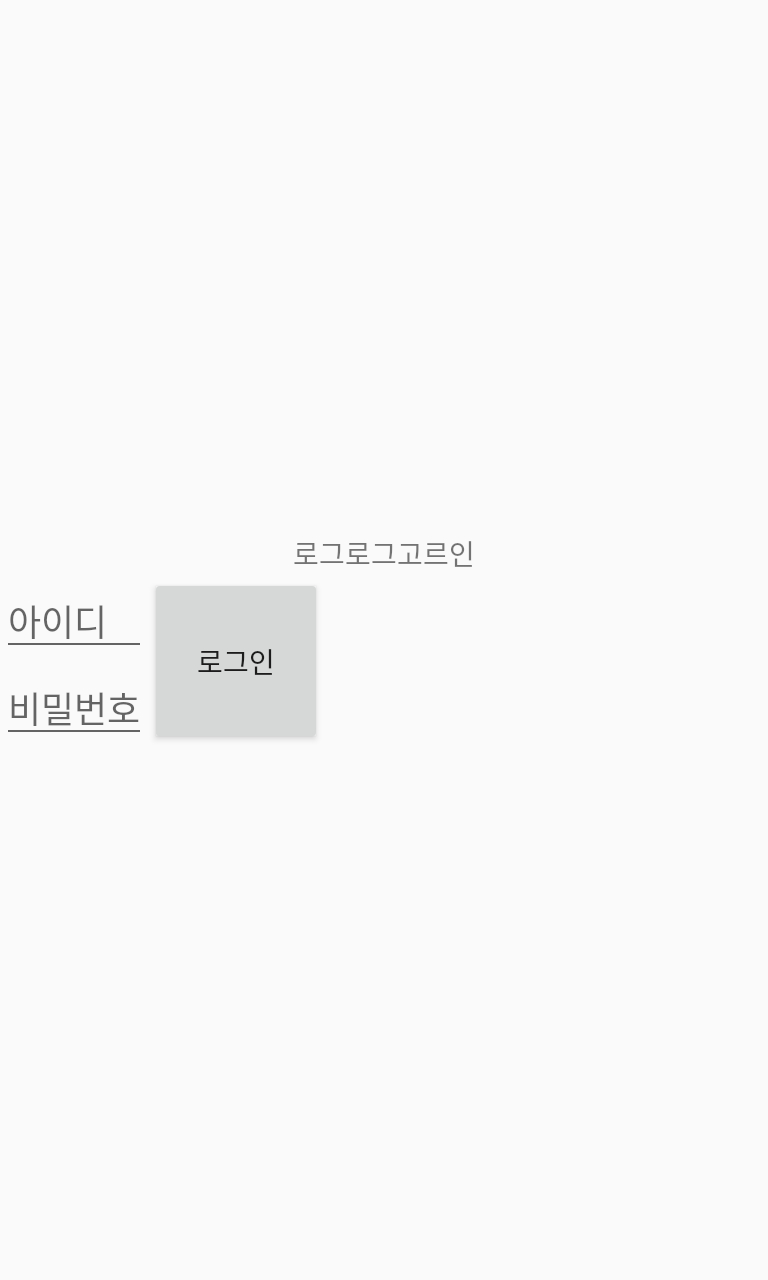
Repository: tae-jun/android
Layout: h1024_MulitipleActivities/res/layout/activity_main.xml
The author's editor kept a copy of each file at every save. The layout is drawn from the files as they stood at one save, then again after the next save.
It is drawn on a 768 x 1280 px phone screen (xhdpi) without system bars, with theme AppTheme; the app's code is not run.

Above is the layout before, as saved 2014-10-23 14:32:00.

### h1024_MulitipleActivities/res/layout/activity_main.xml
<LinearLayout xmlns:android="http://schemas.android.com/apk/res/android"
    xmlns:tools="http://schemas.android.com/tools"
    android:layout_width="match_parent"
    android:layout_height="match_parent"
    android:gravity="center"
    android:orientation="vertical"
    tools:context="${relativePackage}.${activityClass}" >

    <TextView
        android:layout_width="match_parent"
        android:layout_height="wrap_content"
        android:gravity="center_horizontal"
        android:text="로그로그고르인" />

    <LinearLayout
        android:layout_width="match_parent"
        android:layout_height="wrap_content"
        android:layout_gravity="center_horizontal"
        android:orientation="horizontal" >

        <LinearLayout
            android:layout_width="wrap_content"
            android:layout_height="wrap_content"
            android:orientation="vertical" >

            <EditText
                android:layout_width="match_parent"
                android:layout_height="wrap_content"
                android:hint="아이디" />

            <EditText
                android:layout_width="match_parent"
                android:layout_height="wrap_content"
                android:hint="비밀번호" />
        </LinearLayout>

        <Button
            android:layout_width="wrap_content"
            android:layout_height="match_parent"
            android:text="로그인" />
    </LinearLayout>

</LinearLayout>

Loaded but not shown: h1024_MulitipleActivities/res/values/styles.xml (common file); h1024_MulitipleActivities/res/values-v11/styles.xml (common file); h1024_MulitipleActivities/res/values-v14/styles.xml (common file)

After the next save:
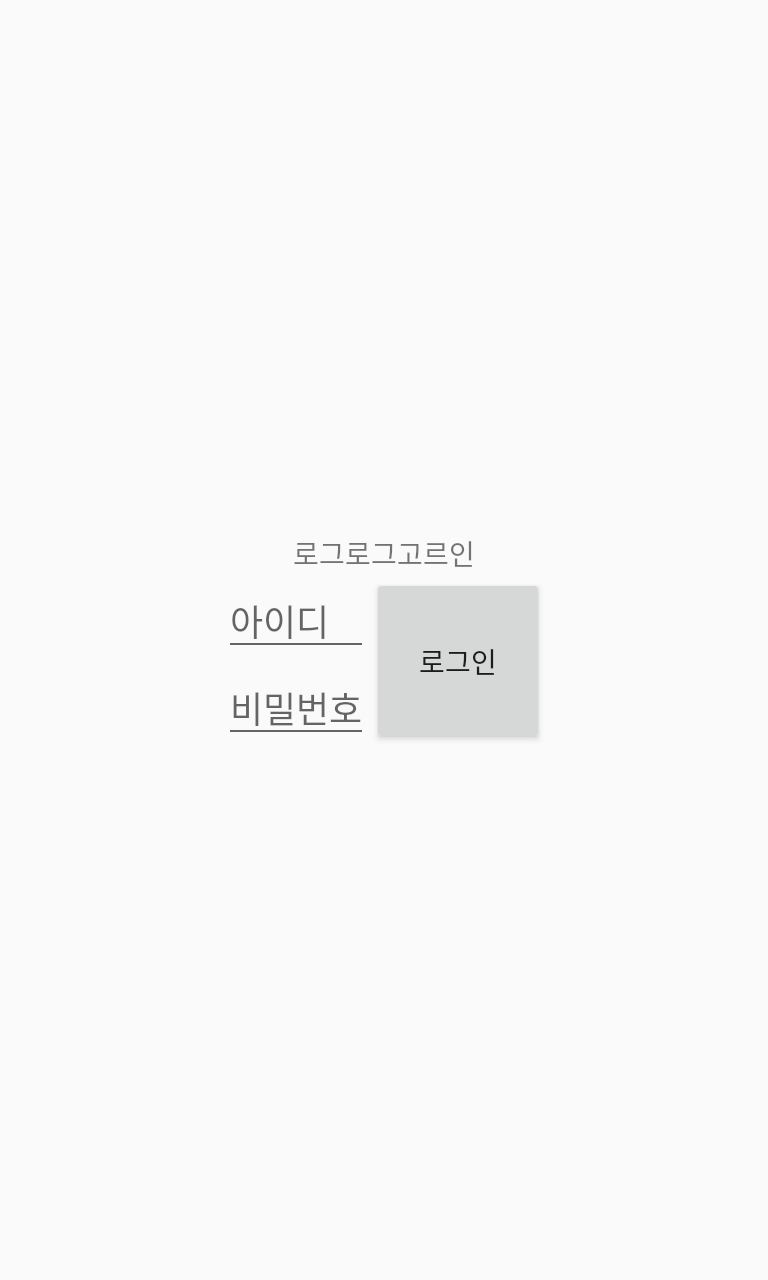
Saved 38 s later.
--- a/h1024_MulitipleActivities/res/layout/activity_main.xml
+++ b/h1024_MulitipleActivities/res/layout/activity_main.xml
@@ -16,6 +16,7 @@
         android:layout_width="match_parent"
         android:layout_height="wrap_content"
         android:layout_gravity="center_horizontal"
+        android:gravity="center_horizontal"
         android:orientation="horizontal" >
 
         <LinearLayout
